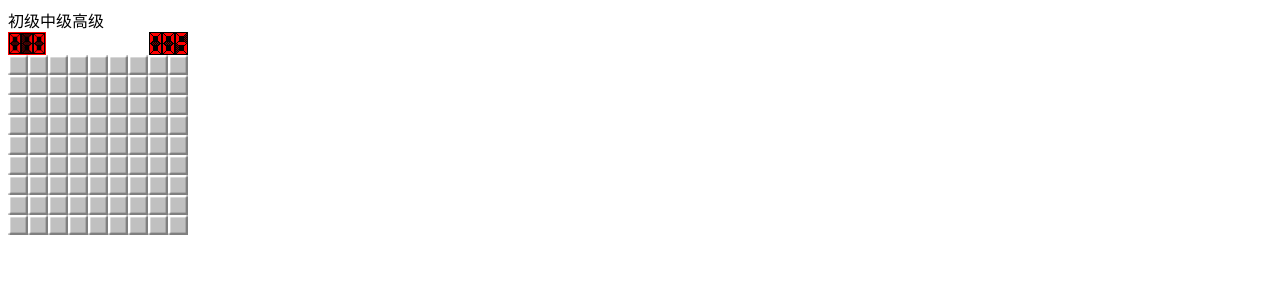
Repository: vLinv/MineSweeper
Page: index.html
These files come from the project's save history. The page is drawn as it stood at one moment and after the next save; the edit follows.
The browser window is 1280 px wide. The pictures show the whole page.

Above is the page before, as saved 2022-02-18 11:50:59.

### index.html
<!DOCTYPE html>
<html lang="en">

<head>
  <meta charset="UTF-8">
  <meta http-equiv="X-UA-Compatible" content="IE=edge">
  <meta name="viewport" content="width=device-width, initial-scale=1.0">
  <title>MineSweeper</title>
</head>

<body>
  <div class="level_select">
    <span class="level" onclick="changeLevel('primary')">初级</span>
    <span class="level" onclick="changeLevel('intermediate')">中级</span>
    <span class="level" onclick="changeLevel('advanced')">高级</span>
  </div>
  <div class="game_wrap">
    <div class="header_wrap">
      <canvas id="mineNumCanvas" width="39" height="23" style="border: 1px solid red;"></canvas>
      <div class="face_btn"></div>
      <canvas id="timeCanvas" width="39" height="23"></canvas>
    </div>
    <div class="section_wrap">
      <canvas id="canvas" width="180" height="180"></canvas>
    </div>
  </div>
  <style>
    .level_select{
      display: flex;
    }
    .header_wrap{
      width: 180px;
      height: 23px;
      display: flex;
    }
    #mineNumCanvas{
      flex: 1;
    }
    .face_btn{
      flex: 3;
    }
    #timeCanvas{
      flex: 1;
    }

  </style>
  <script>
    /** @type {HTMLCanvasElement} */
    // 游戏canvas
    const canvasNode = document.getElementById('canvas')
    const ctx = canvasNode.getContext('2d')
    // mineNum与timer Canvas
    const mineNumNode = document.getElementById('mineNumCanvas')
    const timerNode = document.getElementById('timeCanvas')
    const mineNumCtx = mineNumNode.getContext('2d')
    const timerCtx = timerNode.getContext('2d')

    // 存储图片路径（name, url）
    const imgArr = new Map();
    // 存储已加载好的图片 (name, img)
    const imgArrElement = new Map();
    // 资源是否加载完成
    let sourceInit = false;

    let mineSweeper = null;

    const MAP_LEVEL = {
      'primary': {
        mapSize: [9, 9],
        mineNum: 10
      },
      'intermediate': {
        mapSize: [16, 16],
        mineNum: 40
      },
      'advanced': {
        mapSize: [16, 30],
        mineNum: 90
      }
    }

    function initImage() {
      imgArr.set('ask', './img/ask.gif')
      imgArr.set('blank', './img/blank.gif')
      imgArr.set('blood', './img/blood.gif')
      imgArr.set('flag', './img/flag.gif')
      imgArr.set('mine', './img/mine.gif')
      for (let i = 0; i <= 8; i++) {
        imgArr.set(i, './img/' + i + '.gif')
      }
      for (let i = 0; i <= 9; i++) {
        imgArr.set('num_' + i, './img/num_' + i + '.jpg');
      }
      const loadImage = (url) => {
        return new Promise((reslove) => {
          let img = new Image();
          img.onload = () => reslove(img)
          img.src = url
        })
      }
      const promiseArr = [];
      // 获取所有图片的promise对象并使用promise.all进行加载
      [...imgArr.keys()].forEach(e => {
        promiseArr.push(loadImage(imgArr.get(e)))
      });
      sourceInit = true;
      return Promise.all(promiseArr)
    }

    // 开始游戏
    async function startGame() {
      if (!sourceInit) {
        const res = await initImage()
        const keys = [...imgArr.keys()];
        res.forEach((item, index) => {
          imgArrElement.set(String(keys[index]), item)
        })
      }
      mineSweeper = new MineSweeper();
      mineSweeper.initGame();
    }

    class MineSweeper {
      constructor() {
        this.level = 'primary'
        this.map = [];
        this.mapSizeX = 0;
        this.mapSizeY = 0;
        this.mineNum = 0;
        this.bombList = [];
        this.flagList = [];
        this.problemList = [];
        this.isGameOver = false;
        this.mineNumCanvas = mineNumCtx;
        this.timerCanvas = timerCtx;
        this.timer = null;
        this.time = 0;
      }

      initGame() {
        const {
          mapSize,
          mineNum
        } = MAP_LEVEL[this.level]
        this.mapSizeX = mapSize[0];
        this.mapSizeY = mapSize[1];
        this.mineNum = mineNum;
        this.buildMap();
        this.buildBomb();
        this.drawMap();
        this.drawGameInfo(this.mineNum, this.mineNumCanvas);
        this.drawGameInfo(this.time, this.timerCanvas)
        this.timer = setInterval(() => {
          this.time += 1;
          this.drawGameInfo(this.time, this.timerCanvas)
        }, 1000)
      }

      buildMap() {
        for (let i = 0; i < this.mapSizeY; i++) {
          this.map.push(new Array(this.mapSizeX).fill(-1))
        }
      }

      buildBomb() {
        let curBomb = 0;
        while (curBomb < this.mineNum) {
          let xPos = Number.parseInt(Math.random() * this.mineNum);
          let yPos = Number.parseInt(Math.random() * this.mineNum);
          if (this.bombList.find(item => {
              return xPos === item[0] && yPos === item[1]
            }) === undefined) {
            this.bombList.push([xPos, yPos])
            curBomb++;
          }
        }
      }
      // 绘制
      drawMap() {
        const blankImg = imgArrElement.get('blank')
        const flag = imgArrElement.get('flag')

        for (let i = 0; i < this.mapSizeX; i++) {
          for (let j = 0; j < this.mapSizeY; j++) {
            if (this.map[i][j] === -1) {
              ctx.drawImage(blankImg, 0, 0, blankImg.width, blankImg.height, 20 * i, 20 * j, 20, 20)
            } else if (this.map[i][j] >= 0) {
              const numImg = imgArrElement.get(this.map[i][j] + '')
              ctx.drawImage(numImg, 0, 0, numImg.width, numImg.height, 20 * i, 20 * j, 20, 20)
            }
            if (this.posInflagList(i, j) !== -1) {
              ctx.drawImage(flag, 0, 0, flag.width, flag.height, 20 * i, 20 * j, 20, 20)
            }
          }
        }
      }

      drawAllBomb(xPos, yPos) {
        const blood = imgArrElement.get('blood')
        const mine = imgArrElement.get('mine')
        // 绘制所有地雷
        this.bombList.forEach(e => {
          if (e[0] === xPos && e[1] === yPos) {
            ctx.drawImage(blood, 0, 0, blood.width, blood.height, 20 * e[0], 20 * e[1], 20, 20)
          } else {
            ctx.drawImage(mine, 0, 0, mine.width, mine.height, 20 * e[0], 20 * e[1], 20, 20)
          }
        })
      }


      // 绘制地雷数与计时器
      drawGameInfo(num, ctx) {
        // 将num转换为3位数字
        const tmpArr = new Array(3).fill(0);
        const arr = [...num + '']
        while (arr.length < 3) {
          arr.unshift('0')
        }
        for (let i = 0; i < 3; i++) {
          ctx.drawImage(imgArrElement.get('num_' + arr[i]), i * 13, 0)
        }
      }

      // 获取(xPos, yPos)周围八格位置
      getAroundGrid(xPos, yPos) {
        const pos = [-1, 0, 1];
        const around = [];
        for (let i = 0; i < pos.length; i++) {
          let tmpxPos = xPos + pos[i];
          // 边界
          if (tmpxPos < 0 || tmpxPos >= this.mapSizeX) {
            continue
          }
          for (let j = 0; j < pos.length; j++) {
            let tmpyPos = yPos + pos[j];
            if (tmpyPos < 0 || tmpyPos >= this.mapSizeY || (tmpxPos === xPos && tmpyPos === yPos)) {
              continue
            }
            around.push([tmpxPos, tmpyPos])
          }
        }
        return around;
      }

      // 点击(xPos, yPos)操作
      clickPos(xPos, yPos) {
        // 判断游戏是否结束
        if (this.posInBombList(xPos, yPos)) {
          this.gameOver(xPos, yPos);
          return;
        }
        const queue = []
        queue.push([xPos, yPos]);
        while (queue.length > 0) {
          let tmpNode = queue.shift()
          let tmpxPos = tmpNode[0],
            tmpyPos = tmpNode[1]
          // 该点为雷或已经打开则跳过
          if (this.posInBombList(tmpxPos, tmpyPos) || this.map[tmpxPos][tmpyPos] >= 0) {
            continue;
          }
          const around = this.getAroundGrid(tmpxPos, tmpyPos, this.map.length)
          // around中有几个雷
          let bombNum = 0
          around.forEach(x => {
            this.bombList.forEach(y => {
              if (x[0] === y[0] && x[1] === y[1]) {
                bombNum++;
              }
            })
          })
          this.map[tmpxPos][tmpyPos] = bombNum;
          // 如果周围没有雷，则继续打开周围坐标
          if (bombNum === 0) {
            queue.push(...around)
          }
        }
        this.drawMap()
      }

      // 游戏结束操作
      gameOver(xPos, yPos) {
        this.drawAllBomb(xPos, yPos)
        this.isGameOver = true;
      }

      // (xPos, yPos)是否为雷
      posInBombList(xPos, yPos) {
        // true: 存在
        return this.bombList.find(item => {
          return xPos === item[0] && yPos === item[1]
        }) !== undefined
      }

      // (xPos, yPos)是否被标记
      posInflagList(xPos, yPos) {
        return this.flagList.findIndex(item => {
          return xPos === item[0] && yPos === item[1]
        })
      }

      // 判断游戏是否胜利
      checkGameWin() {
        // 剩余未打开格子都存在于bombList中
        for (let i = 0; i < this.mapSizeX; i++) {
          for (let j = 0; j < this.mapSizeY; j++) {
            let tmpGrid = this.map[i][j]
            if (tmpGrid < 0 && !this.posInBombList(i, j)) {
              return false;
            }
          }
        }
        return true;
      }

      // 标记(xPos, yPos)
      signBomb(xPos, yPos) {
        const pos = this.posInflagList(xPos, yPos)
        if (pos !== -1) {
          this.flagList.splice(pos, 1)
        } else {
          this.flagList.push([xPos, yPos])
        }
        this.drawMap()
      }

      // 改变等级
      changeLevel(level) {

      }
    }

    // 监听点击事件
    document.addEventListener('click', e => {
      if (e.target !== canvas || mineSweeper.isGameOver) {
        return;
      }
      mineSweeper.clickPos(Number.parseInt(e.offsetX / 20), Number.parseInt(e.offsetY / 20))
    })

    // 监听右键事件
    document.oncontextmenu = e => {
      if (e.target !== canvas || mineSweeper.isGameOver) {
        return false;
      }
      const xPos = Number.parseInt(Number.parseInt(e.offsetX / 20)),
        yPos = Number.parseInt(Number.parseInt(e.offsetY / 20))
      mineSweeper.signBomb(xPos, yPos)
    };
    startGame();
  </script>
</body>

</html>

After the next save:
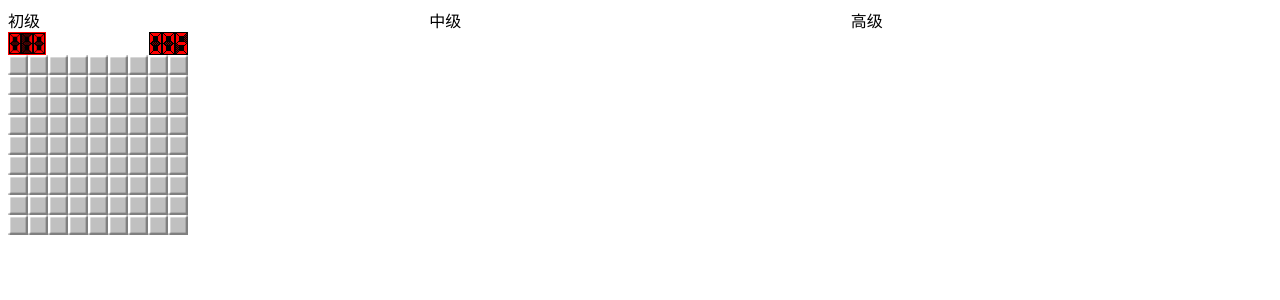
Saved 5 s later.
--- a/index.html
+++ b/index.html
@@ -28,6 +28,9 @@
     .level_select{
       display: flex;
     }
+    .level{
+      flex: 1;
+    }
     .header_wrap{
       width: 180px;
       height: 23px;
